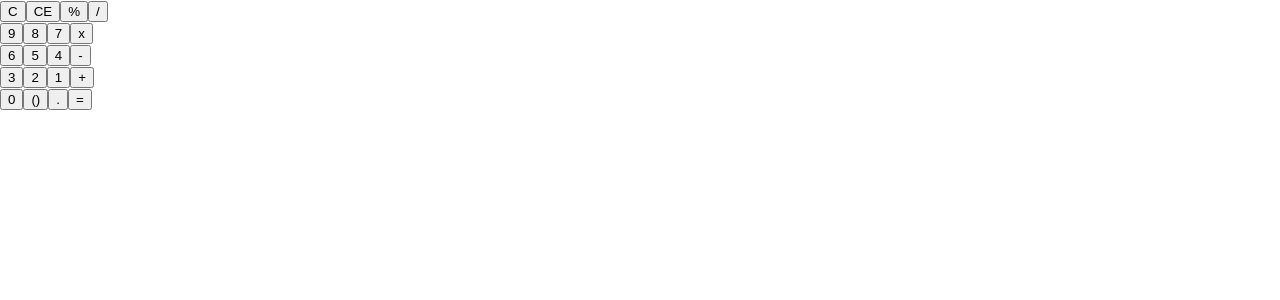
Repository: latenightsnacc/React-Projects
Page: / (app in calculator/)
The author's editor kept a copy of each file at every save. The page is drawn from the files as they stood at one save, then again after the next save.
The browser window is 1280 px wide. The pictures show the whole page.
The project was rebuilt for these pictures with package versions that can differ from the ones it lists, and the page was loaded fresh each time. Also part of the build but not shown: calculator/src/Styles/Buttons.scss, calculator/src/Styles/Input.scss.

Above is the page before, as saved 2020-07-01 13:45:15.

After the next save:
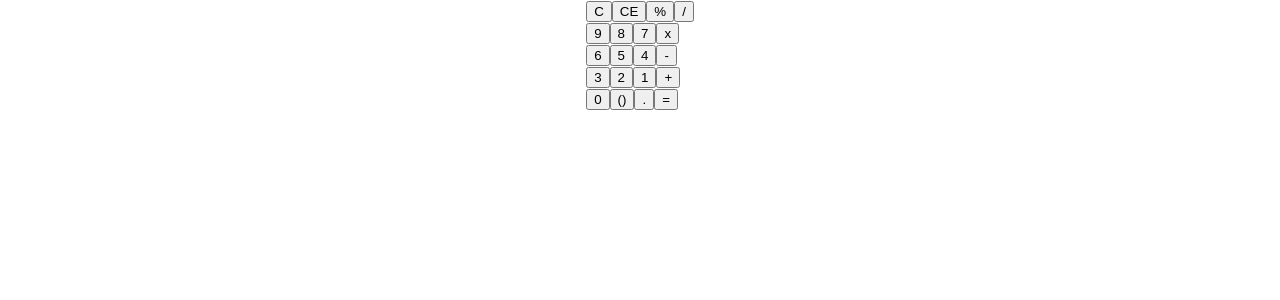
Saved 26 s later.
--- a/calculator/src/Styles/App.scss
+++ b/calculator/src/Styles/App.scss
@@ -1,4 +1,4 @@
-.app {
+.App {
     display: flex;
     flex-direction: column;
     height: 100%;
